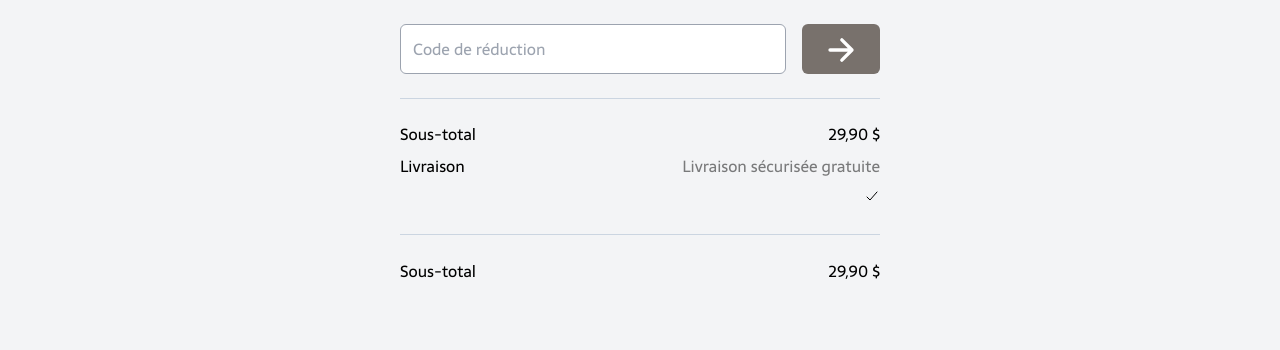
Repository: darlino/gotyu_shopify_section
Page: reduction_input210223/index.html
These files come from the project's save history. The page is drawn as it stood at one moment and after the next save; the edit follows.
The browser window is 1280 px wide. The pictures show the whole page.
Some web libraries are served in a nearby version.

Above is the page before, as saved 2023-02-21 22:15:50.

After the next save:
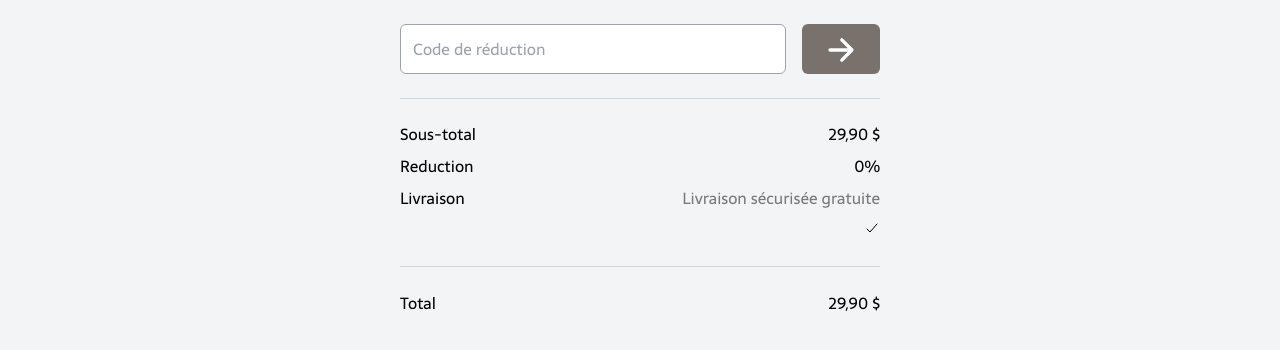
Saved 39 s later.
--- a/reduction_input210223/index.html
+++ b/reduction_input210223/index.html
@@ -51,6 +51,10 @@
               <p class="text-md">29,90 $</p>
             </div>
             <div class="flex flex-row justify-between">
+              <p class="text-md">Reduction</p>
+              <p class="text-md">0%</p>
+            </div>
+            <div class="flex flex-row justify-between">
               <p class="text-md">Livraison</p>
               <div class="flex flex-col space-y-2">
                 <p class="text-md text-black/50">
@@ -64,7 +68,7 @@
           </div>
           <div class="w-full h-[.25px] bg-slate-300"></div>
           <div class="flex flex-row justify-between">
-            <p class="text-md">Sous-total</p>
+            <p class="text-md">Total</p>
             <p class="text-md">29,90 $</p>
           </div>
         </div>
